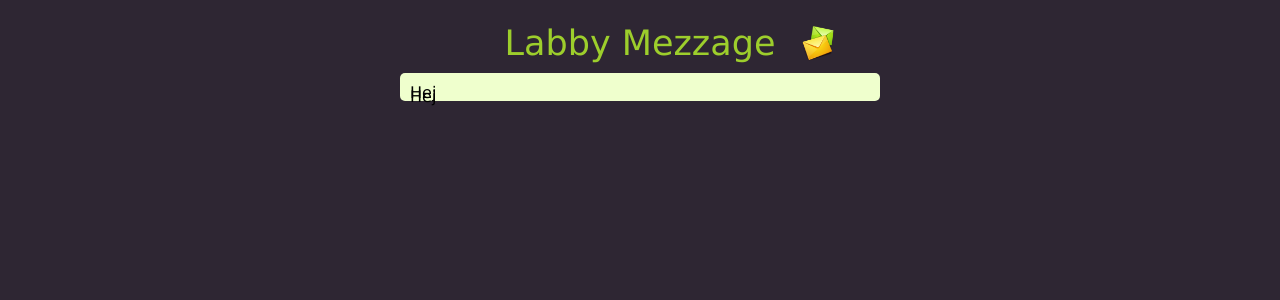
Repository: ad222kr/1dv403-laborationer
Page: 2-labbymezzage/index.html
The author's editor kept a record of every edit. The page is drawn from the files as they stood at one moment, then again after the next edit.
The browser window is 1280 px wide. The pictures show the whole page.

Above is the page before.

After the next edit:
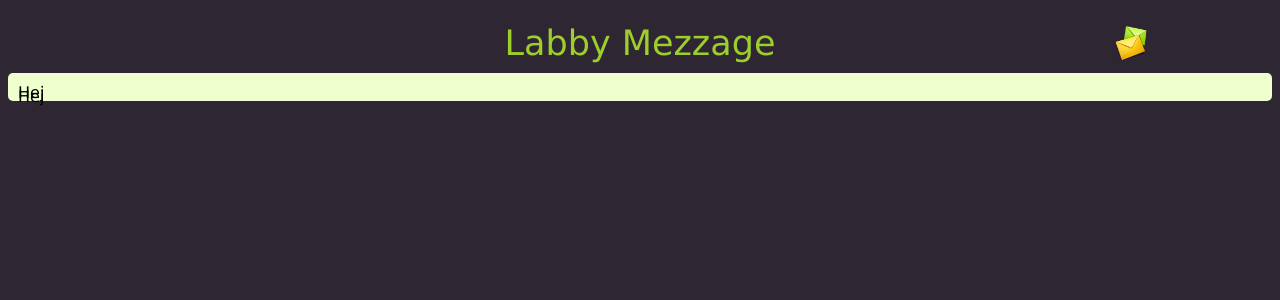
The edit:
--- a/2-labbymezzage/css/style.css
+++ b/2-labbymezzage/css/style.css
@@ -25,7 +25,7 @@
     margin-bottom:10px;
 }
 
-#container{
+.container{
     width: 480px;
     margin: 0px auto;
 }
